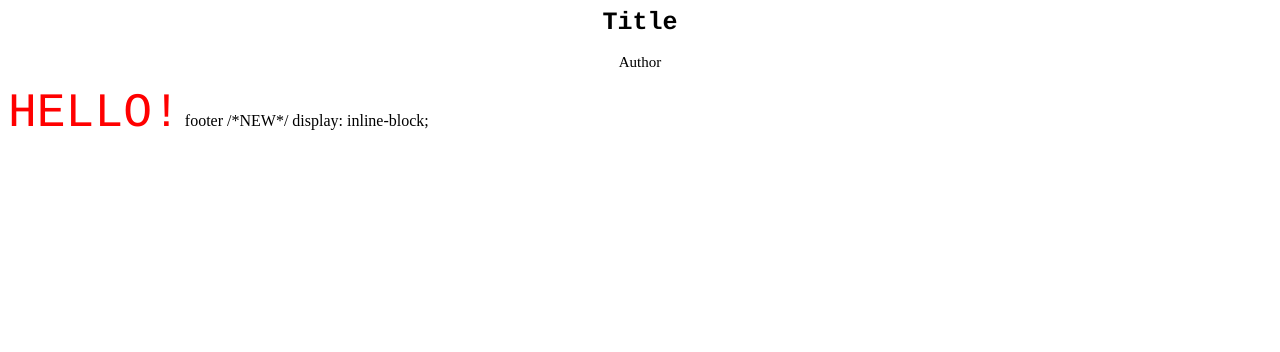
Repository: richilcheng/product_school
Page: PS_lesson.html
The author's editor kept a record of every edit. The page is drawn from the files as they stood at one moment, then again after the next edit.
The browser window is 1280 px wide. The pictures show the whole page.

Above is the page before.

### PS_lesson.html
<html>
	<head>
		<title>?</title>
		<style type="text/css">
			.byline {
					text-align: center;
			}
		p {
			text-align: left;
			font-size: 15px;
		}
		.article{
			border:solid 1px blue;
			height: 200px;
		}

		.footer {
			border : 1px solid yellow;
			height: 200px;
			width: 640px;
			display: inline-block;
		}
		p.article {
				color: red;
		}
		</style>
	</head>
	<body>
		<div>
			<h1 style="font-family: Courier; font-size: 25px;text-align: center;">Title</h1>
			<p class="byline">Author</p>
			<font size="25"font face="Courier" color="red">HELLO!</font>
		<span>footer</span>
/*NEW*/
	display: inline-block;


		</div>
	</body>
</html>

After the next edit:
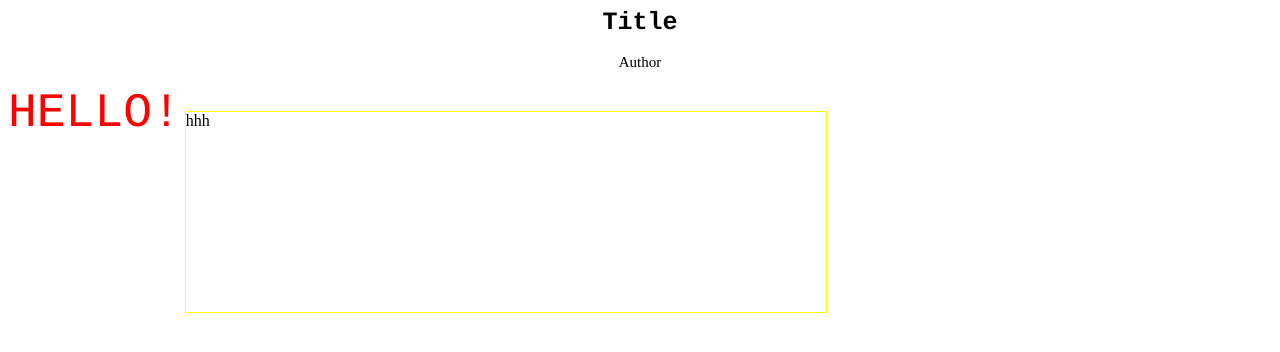
The edit:
--- a/PS_lesson.html
+++ b/PS_lesson.html
@@ -30,9 +30,8 @@
 			<h1 style="font-family: Courier; font-size: 25px;text-align: center;">Title</h1>
 			<p class="byline">Author</p>
 			<font size="25"font face="Courier" color="red">HELLO!</font>
-		<span>footer</span>
-/*NEW*/
-	display: inline-block;
+
+		<span class="footer">hhh</span>
 
 
 		</div>
